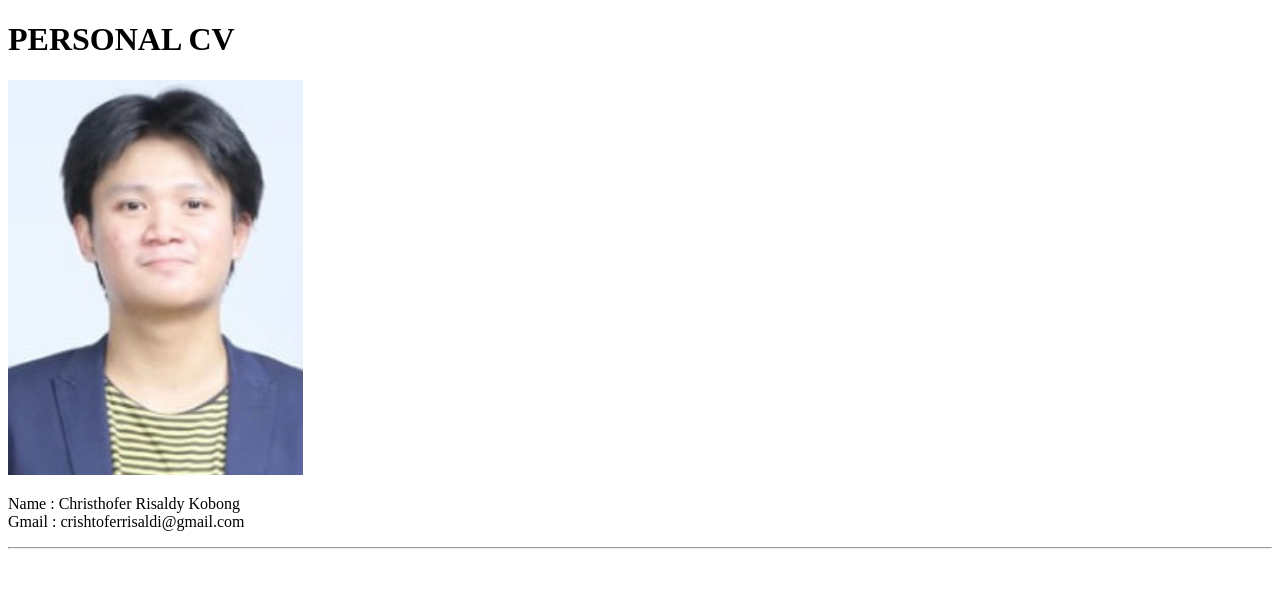
Repository: ChristhoferRisaldy/CVWeb
Page: web.html
An editor plug-in stored every save of this project. The page is shown before and after the next save, followed by the edit.
The browser window is 1280 px wide. The pictures show the whole page.

Above is the page before, as saved 2025-02-21 20:56:11.

After the next save:
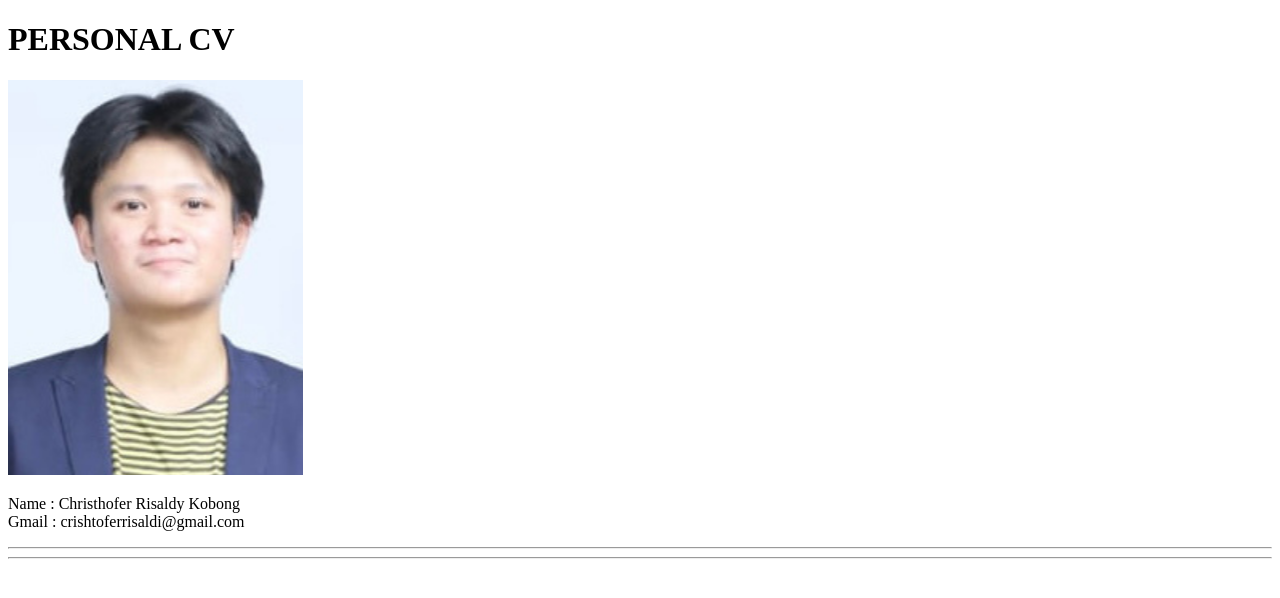
Saved 13 s later.
--- a/web.html
+++ b/web.html
@@ -10,5 +10,5 @@
             Name : Christhofer Risaldy Kobong<br>
             Gmail : crishtoferrisaldi@gmail.com<br>
         </p>
-        <hr>
+        <hr><hr>
 </html>

After the save that followed:
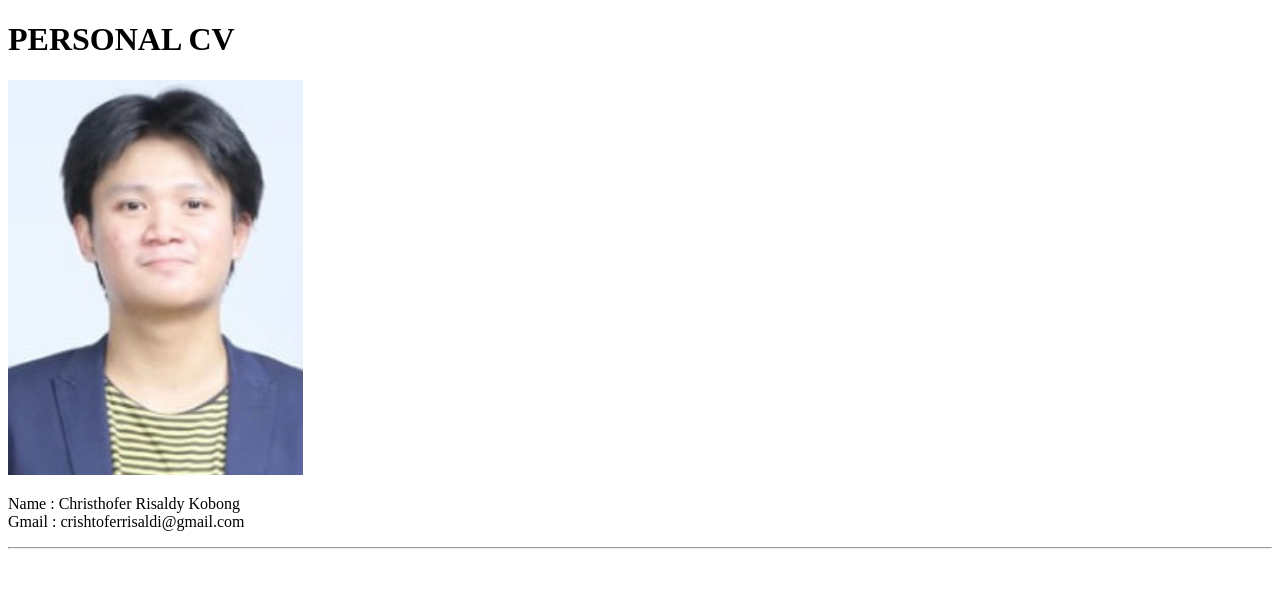
Saved 21 s later.
--- a/web.html
+++ b/web.html
@@ -10,5 +10,5 @@
             Name : Christhofer Risaldy Kobong<br>
             Gmail : crishtoferrisaldi@gmail.com<br>
         </p>
-        <hr><hr>
+        <b><hr></b>
 </html>
